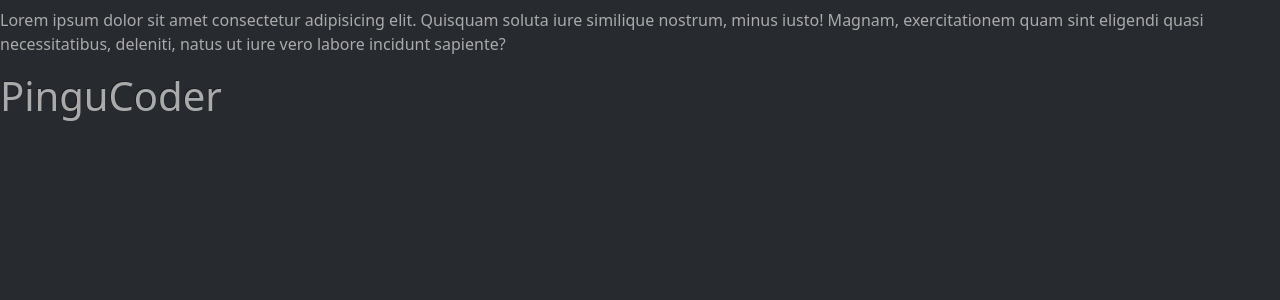
Repository: chanwarichawki/React-BC
Page: /
An editor plug-in stored every save of this project. The page is shown before and after the next save, followed by the edit.
The browser window is 1280 px wide. The pictures show the whole page.
Some web libraries are served in a nearby version. The project was rebuilt for these pictures with package versions that can differ from the ones it lists, and the page was loaded fresh each time. Also part of the build but not shown: vite.config.js.

Above is the page before, as saved 2024-01-15 13:37:58.

After the next save:
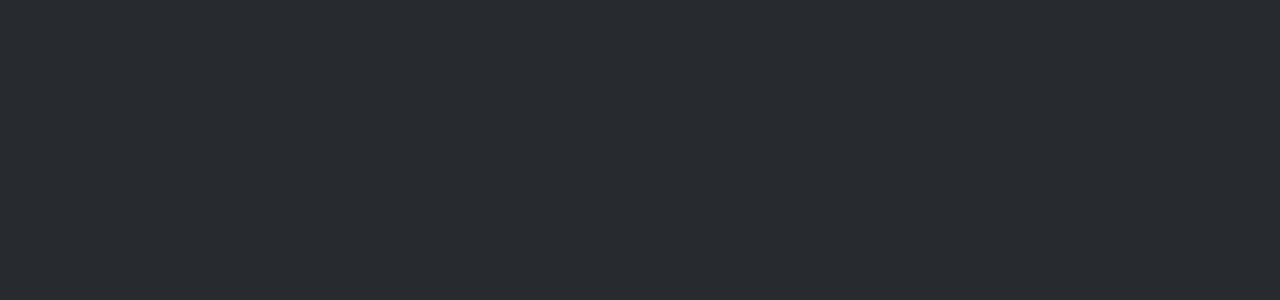
Console error: ReferenceError: titletitle is not defined
Saved 17 s later.
--- a/src/components/Products.jsx
+++ b/src/components/Products.jsx
@@ -4,7 +4,8 @@
   let title = "Learn how to create apps with reactjs 2023"
   return (
     <div>
-      <h1>{}</h1>
+      <h1>{titletitle}</h1>
+      <h1>{titletitle}</h1>
       <p>Lorem ipsum dolor sit amet consectetur adipisicing elit. Quisquam soluta iure similique nostrum, minus iusto! Magnam, exercitationem quam sint eligendi quasi necessitatibus, deleniti, natus ut iure vero labore incidunt sapiente?</p>
     </div>
   )

After the 2 saves that followed:
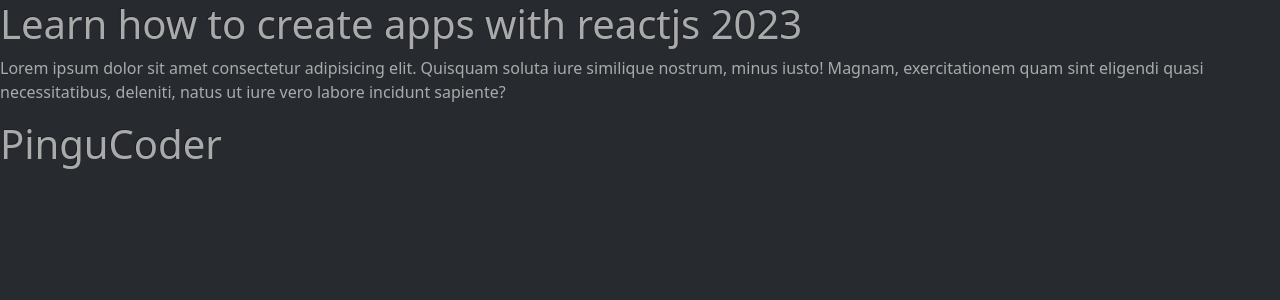
The error is gone.
The 2 saves are shown as one change because 1 left the picture as it was.
The last was saved 8 s later.
--- a/src/components/Products.jsx
+++ b/src/components/Products.jsx
@@ -4,8 +4,7 @@
   let title = "Learn how to create apps with reactjs 2023"
   return (
     <div>
-      <h1>{titletitle}</h1>
-      <h1>{titletitle}</h1>
+      <h1>{title}</h1>
       <p>Lorem ipsum dolor sit amet consectetur adipisicing elit. Quisquam soluta iure similique nostrum, minus iusto! Magnam, exercitationem quam sint eligendi quasi necessitatibus, deleniti, natus ut iure vero labore incidunt sapiente?</p>
     </div>
   )
